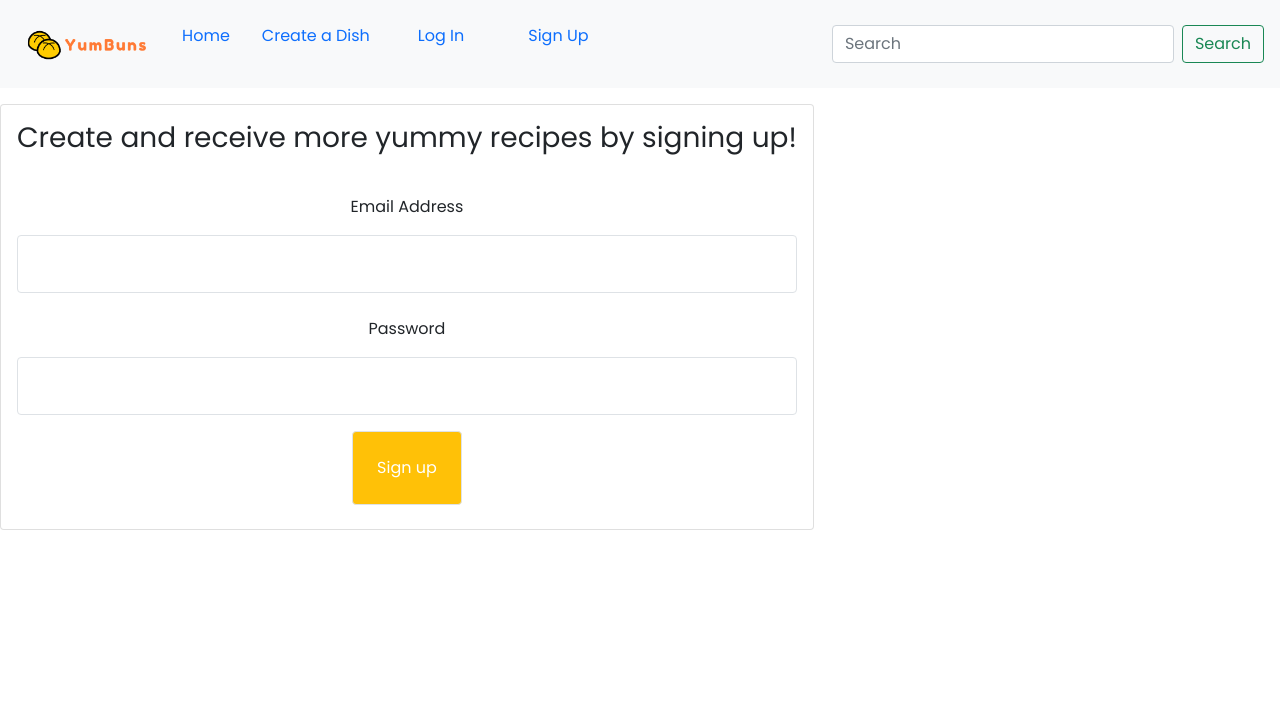
Repository: mottad14/yumBuns
Page: /signup (app in client/)
An editor plug-in stored every save of this project. The page is shown before and after the next save, followed by the edit.
The browser window is 1280 px wide. The pictures show the whole page.
Some web fonts or font styles are not loaded; a fallback is used. The project was rebuilt for these pictures with package versions that can differ from the ones it lists, and the page was loaded fresh each time. Also part of the build but not shown: client/src/components/RecipePreview.js, client/src/views/Main.js, client/src/views/Login.js, client/src/views/Create.js, client/src/views/Recipe.js, client/src/components/SubscribePop.css, client/src/components/SignUp.jsx, client/src/components/SubscribePop.js.

Above is the page before, as saved 2022-07-30 10:03:13.

### client/public/index.html
<!DOCTYPE html>
<html lang="en">
  <head>
    <meta charset="utf-8" />
    <link rel="icon" href="%PUBLIC_URL%/favicon.ico" />
    <meta name="viewport" content="width=device-width, initial-scale=1" />
    <meta name="theme-color" content="#000000" />
    <meta
      name="description"
      content="Web site created using create-react-app"
    />
    <!--
      Notice the use of %PUBLIC_URL% in the tags above.
      It will be replaced with the URL of the `public` folder during the build.
      Only files inside the `public` folder can be referenced from the HTML.

      Unlike "/favicon.ico" or "favicon.ico", "%PUBLIC_URL%/favicon.ico" will
      work correctly both with client-side routing and a non-root public URL.
      Learn how to configure a non-root public URL by running `npm run build`.
    -->
    <title>Yumbuns</title>
  </head>
  <body>
    <noscript>You need to enable JavaScript to run this app.</noscript>
    <div id="root"></div>
    <!--
      This HTML file is a template.
      If you open it directly in the browser, you will see an empty page.

      You can add webfonts, meta tags, or analytics to this file.
      The build step will place the bundled scripts into the <body> tag.

      To begin the development, run `npm start` or `yarn start`.
      To create a production bundle, use `npm run build` or `yarn build`.
    -->
  </body>
</html>

### client/src/index.js
import React from 'react';
import ReactDOM from 'react-dom';
import './index.css';
import App from './App';
import reportWebVitals from './reportWebVitals';
import {BrowserRouter} from "react-router-dom";

ReactDOM.render(
    <React.StrictMode>
      <BrowserRouter>
            <App />
      </BrowserRouter>
    </React.StrictMode>,
    document.getElementById('root')
);



// If you want to start measuring performance in your app, pass a function
// to log results (for example: reportWebVitals(console.log))
// or send to an analytics endpoint. Learn more: https://bit.ly/CRA-vitals
reportWebVitals();

### client/src/App.js
import React from 'react';
import 'bootstrap/dist/css/bootstrap.min.css';
import {Switch, Route} from "react-router-dom";
import './App.css';
import NavBar from './components/NavBar';
import Main from './views/Main';
import Login from './views/Login'
import NewAccount from "./views/NewAccount"
import Create from './views/Create';
import Recipe from './views/Recipe';
import SubscribePop from './components/SubscribePop';
import {useState, useEffect} from 'react'
import { AuthContextProvider } from "./contexts/AuthContext";


function App() {
  const [timedPopup, setTimedPopup] = useState (false);

  useEffect(() => {
    setTimeout(() => {
      setTimedPopup(true)
    }, 45000)
  }, [])


  return (

    <div className="App">
      <div className="">
          <NavBar/>
          <AuthContextProvider>
              <Switch>
                <Route exact path="/">
                  <Main/>
                </Route>

                <Route exact path="/login">
                  <Login/>
                </Route>

                <Route exact path="/signup">
                  <NewAccount/>
                </Route>

                <Route path="/view/single/:_id">
                  <Recipe/>
                </Route>

                <Route exact path="/create">
                  <Create/>
                </Route>
              </Switch>

              <SubscribePop trigger={timedPopup} setTrigger={setTimedPopup}>
              </SubscribePop>
          </AuthContextProvider>


       </div>
    </div>
  );
}

export default App;

### client/src/App.css
@import url('https://fonts.googleapis.com/css2?family=BIZ+UDGothic&family=Poppins&display=swap');

.App {
  font-family: 'BIZ UDGothic', sans-serif;
  font-family: 'Poppins', sans-serif;
  z-index: 1;
  text-align: center;
}

.recipePreview{
  border: 3px solid rgb(177, 177, 177);
  min-height: 300px;
  width: 250px;
  background-color: rgb(254, 194, 10);
  border-left-style: dotted;
  border-right-style: dotted;
  border-radius: 10%;

}

.recipePreview > img{
  width: 95%;
  border-radius: 10%;
}
.recipePreview >div{
  align-items: center;

}

.Logo{
  margin-left: 10px;
  height: 30px;
}

.sticky{
  position: sticky;
  top: 0;
  z-index: 999;
  background-color: rgb(254, 194, 10);
  border: 2px solid black;
  border-radius: 25px;
}

.thumbnailBox > img{
  height: 40px;
}

.thumbnailBox > img:hover{
  height: 125px;
}

### client/src/components/NavBar.js
import React from "react";
import { Link } from "react-router-dom"
import Nav from 'react-bootstrap/Nav';
import YumBuns from "../imgs/YumBunsLogo.png"

const NavBar = (props) => {
    return(
            <nav className="navbar navbar-expand-lg bg-light mb-3">
                <Link className="navbar-brand mx-3" to="/">  <img className="Logo" src={YumBuns} alt="Logo" /> </Link>

                <div className="collapse navbar-collapse" id="navbarSupportedContent">
                <ul className="navbar-nav me-auto mb-2 mb-lg-0">
                    <li className="nav-item">
                    <Nav.Link> <Link className="nav-link btn-outline-warning" aria-current="page" to="/">Home</Link> </Nav.Link>
                    </li>
                    <li className="nav-item">
                    <Nav.Link> <Link className="nav-link btn-outline-warning" to="/create">Create a Dish</Link> </Nav.Link>
                    </li>
                    <li className="nav-item">
                    <Nav.Link> <Link className="nav-link d-flex mx-3 btn-outline-warning" to="/login"> Log In</Link> </Nav.Link>
                    </li>
                    <li className="nav-item">
                    <Nav.Link>  <Link className="nav-link d-flex mx-3 btn-outline-warning" to="/signup">    <p onClick={() => props.setTrigger(true)}> Sign Up </p>    </Link> </Nav.Link>
                    </li>
                </ul>
                <form className="d-flex mx-3" role="search">
                    <input className="form-control me-2" type="search" placeholder="Search" aria-label="Search" />
                    <button className="btn btn-outline-success" type="submit">Search</button>
                </form>
            </div>
            </nav>
    )
}

export default NavBar;

### client/src/views/NewAccount.js
import React, { useState } from 'react'
import { Link, useHistory } from 'react-router-dom'
import {Form, Button, Card, Alert} from "react-bootstrap"
import { UserAuth } from '../contexts/AuthContext'
import cooking from "../imgs/cooking.svg"

const Signup = () => {

  const [email, setEmail] = useState('')
  const [password, setPassword] = useState('')
  const [error, setError] = useState('')

  const history = useHistory();
  const {createUser} = UserAuth();

  const handleSubmit = async(e) => {
    e.preventDefault();
    setError('')
    try{
      await createUser(email, password)
      history.push("/");
    } catch(e) {
      setError(e.message)
      console.log(e.message)
    }
  }

  return (
    <div style={{ display: 'flex',
        height: '80vh'}}>
    <div style={{ backgroundImage: {cooking} }}>
        {/* <img className='flex' style={{maxWidth: "50vw"}} src={cooking} alt={cooking} /> */}

    <Card>
      <Card.Body>
          <h3 className='text-center mb-4'> Create and receive more yummy recipes by signing up!</h3>
            {error && <Alert variant="danger"> {error} </Alert>}

      <Form onSubmit={handleSubmit}>
          <Form.Group className='flex flex-col py-2'>
            <Form.Label className='py-2 font-medium' htmlFor=""> Email Address</Form.Label>
            <Form.Control onChange={(e)=> setEmail(e.target.value)} className='border p-3' type="email"/>
          </Form.Group>

          <Form.Group className='flex flex-col py-2'>
            <Form.Label className='py-2 font-medium' htmlFor=""> Password</Form.Label>
            <Form.Control onChange={(e)=> setPassword(e.target.value)} className='border p-3' type="password"/>
          </Form.Group>

          <Button variant="warning" className='border border-blue-500 bg-yellow-600 hover:bg-blue-500 w-full p-4 my-2 text-white'>Sign up</Button>
      </Form>


      </Card.Body>
    </Card>
        </div>
    </div>
  )
}

export default Signup

### client/src/contexts/AuthContext.js
import { createContext, useContext, useEffect, useState } from "react";
import {createUserWithEmailAndPassword,
    signInWithEmailAndPassword,
    signOut,
    onAuthStateChanged}
    from "firebase/auth"
import { auth } from "../firebase";

const UserContext = createContext();

export const AuthContextProvider = ({children}) => {
    const [user, setUser] = useState({})

    const createUser = (email, password) => {
        return (createUserWithEmailAndPassword(auth, email, password))
    }

    const signIn = (email, password) => {
        return signInWithEmailAndPassword(auth, email, password)
    }

    const logout = () =>{
        return signOut(auth);
    }

    useEffect (() => {
        const unsubscribe = onAuthStateChanged(auth, (currentUser) => {
            console.log(currentUser)
            setUser(currentUser)
        })
        return (() => {
            unsubscribe()
        })
    }, [])

    return (
        <UserContext.Provider value={{ createUser, user, signIn, logout }}>
            {children}
        </UserContext.Provider>
    )
}

export const UserAuth = () =>{
    return useContext(UserContext)
}

### client/src/firebase.js
// Import the functions you need from the SDKs you need
import { initializeApp } from "firebase/app";
import { getAuth } from "firebase/auth";
// TODO: Add SDKs for Firebase products that you want to use
// https://firebase.google.com/docs/web/setup#available-libraries

// Your web app's Firebase configuration
console.log(`The current api key is: ${process.env.REACT_APP_FIREBASE_API_KEY}`)
const firebaseConfig = {
  apiKey: process.env.REACT_APP_FIREBASE_API_KEY,
  authDomain: process.env.REACT_APP_FIREBASE_AUTH_DOMAIN,
  projectId: process.env.REACT_APP_FIREBASE_PROJECT_ID,
  storageBucket: process.env.REACT_APP_FIREBASE_STORAGE_BUCKET,
  messagingSenderId: process.env.REACT_APP_FIREBASE_MESSAGING_SENDER_ID,
  appId: process.env.REACT_APP_FIREBASE_APP_ID,
  measurementId: process.env.REACT_APP_FIREBASE_MEASUREMENT_ID
};

// Initialize Firebase
const app = initializeApp(firebaseConfig);
export const auth = getAuth(app);
export default app;

Loaded but not shown: client/src/index.css (common file); client/src/reportWebVitals.js (common file)

After the next save:
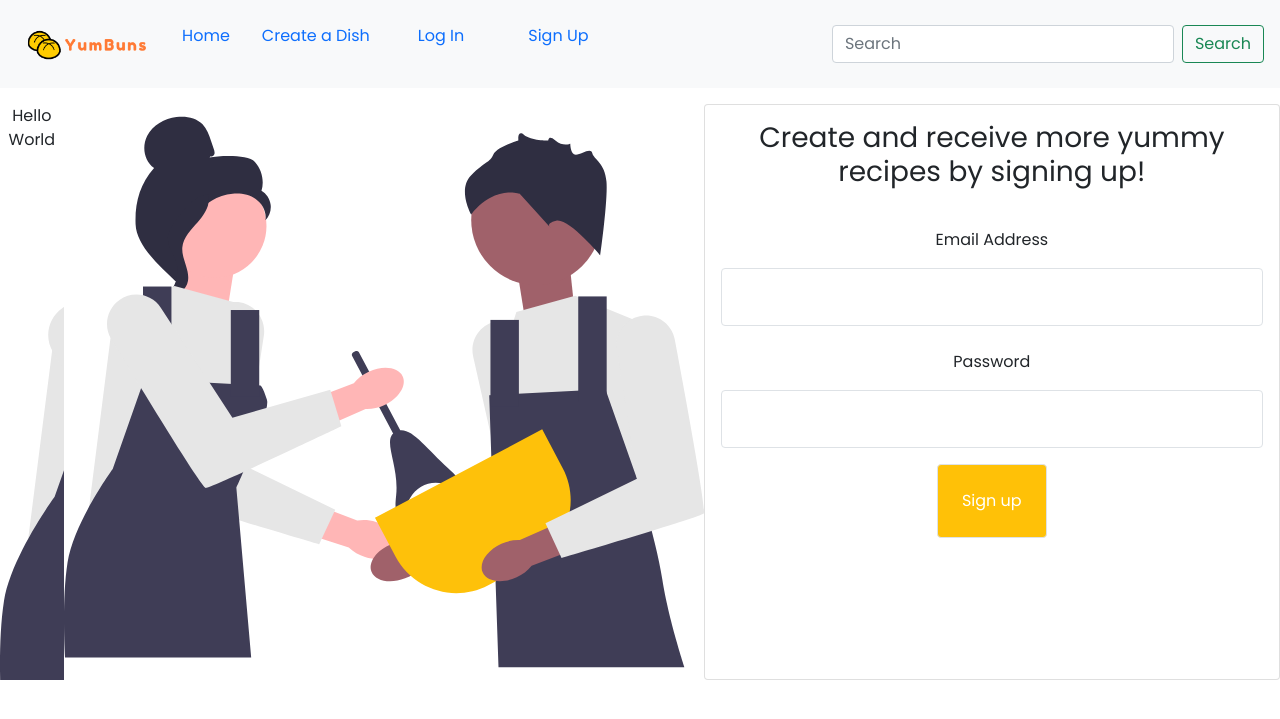
Saved 18 s later.
--- a/client/src/views/NewAccount.js
+++ b/client/src/views/NewAccount.js
@@ -28,8 +28,10 @@
   return (
     <div style={{ display: 'flex',
         height: '80vh'}}>
-    <div style={{ backgroundImage: {cooking} }}>
-        {/* <img className='flex' style={{maxWidth: "50vw"}} src={cooking} alt={cooking} /> */}
+    <div style={{ backgroundImage: `url(${cooking})` }}>
+      Hello World
+    </div>
+        <img className='flex' style={{maxWidth: "50vw"}} src={cooking} alt={cooking} />
 
     <Card>
       <Card.Body>
@@ -53,7 +55,6 @@
 
       </Card.Body>
     </Card>
-        </div>
     </div>
   )
 }

After the save that followed:
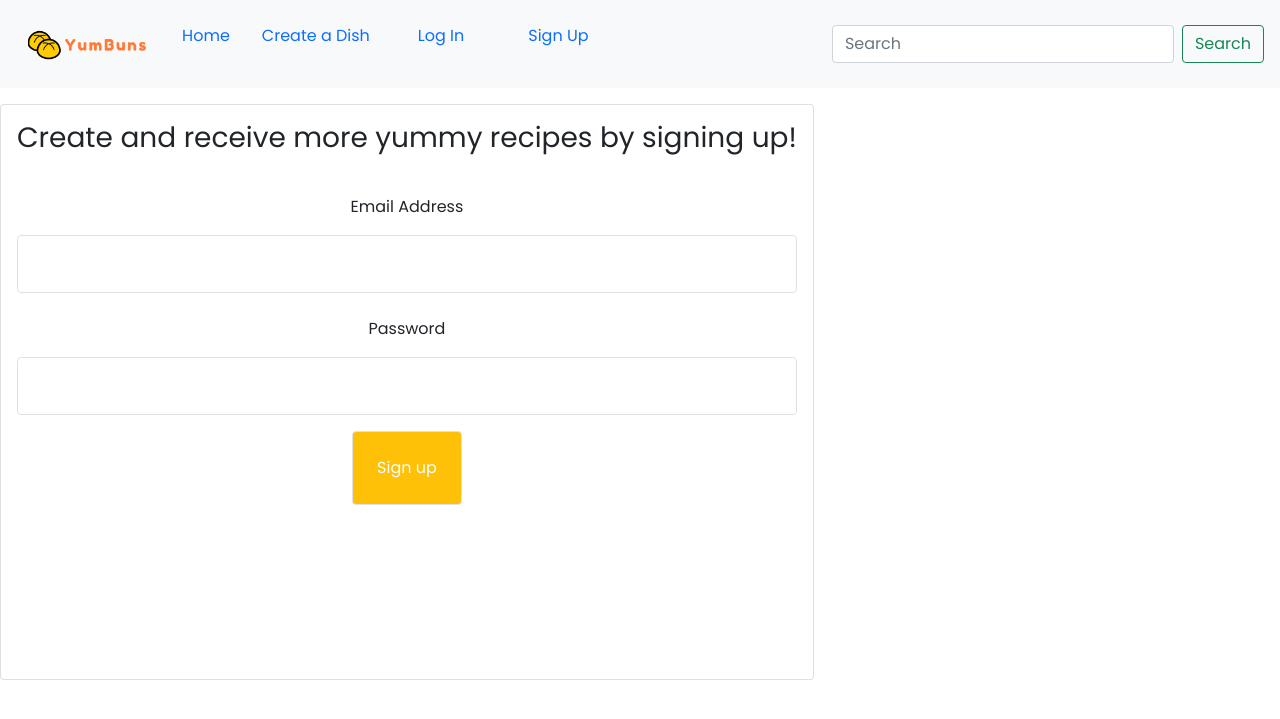
Saved 58 s later.
--- a/client/src/views/NewAccount.js
+++ b/client/src/views/NewAccount.js
@@ -29,9 +29,7 @@
     <div style={{ display: 'flex',
         height: '80vh'}}>
     <div style={{ backgroundImage: `url(${cooking})` }}>
-      Hello World
     </div>
-        <img className='flex' style={{maxWidth: "50vw"}} src={cooking} alt={cooking} />
 
     <Card>
       <Card.Body>
